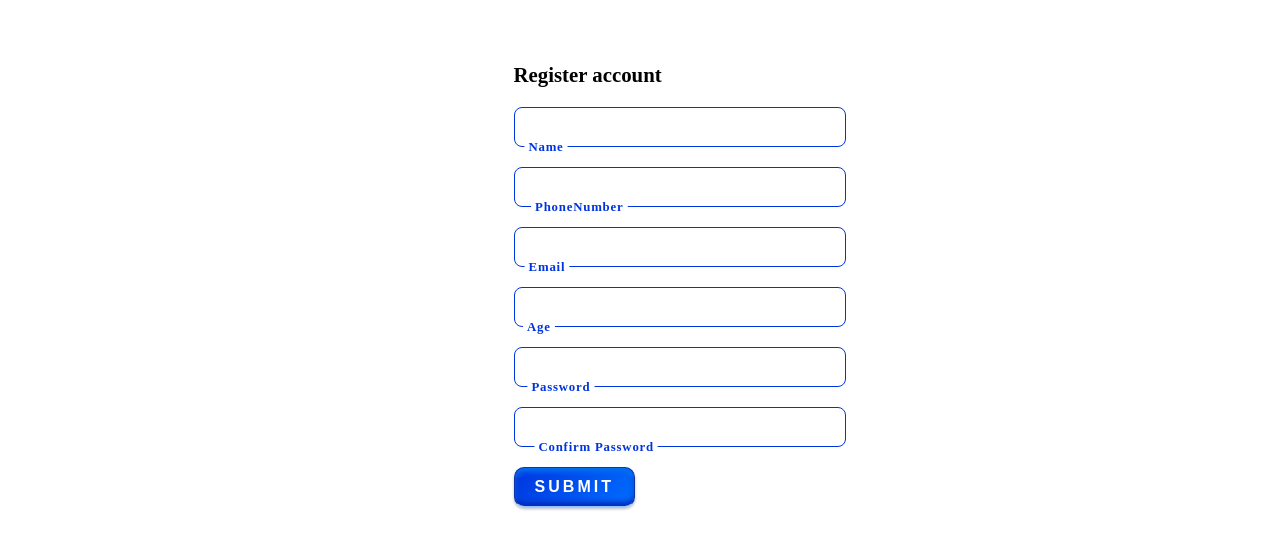
Repository: PeruriNaresh/Bank_Project
Page: http://localhost/bank_project/register.jsp
An editor plug-in stored every save of this project. The page is shown before and after the next save, followed by the edit.
The browser window is 1280 px wide. The pictures show the whole page.
The page is served by Tomcat 9.

Above is the page before, as saved 2024-10-24 13:27:28.

After the next save:
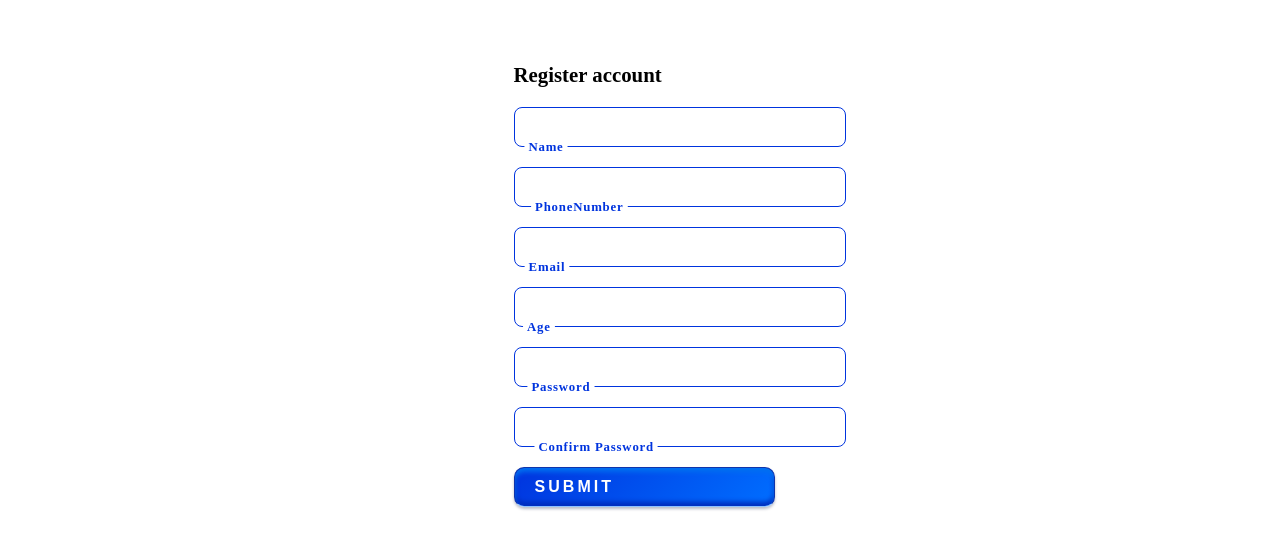
Saved 32 s later.
--- a/bank_project/src/main/webapp/register.jsp
+++ b/bank_project/src/main/webapp/register.jsp
@@ -140,7 +140,7 @@
     </div>
     <p style="display:none" id="msg">passwords doesnot match</p>
      <div class="btn-container">
-      <button class="btn" disabled>Submit</button>
+      <input class="btn" value="Submit" disabled>
     </div>
   </form>
 </div>

After the save that followed:
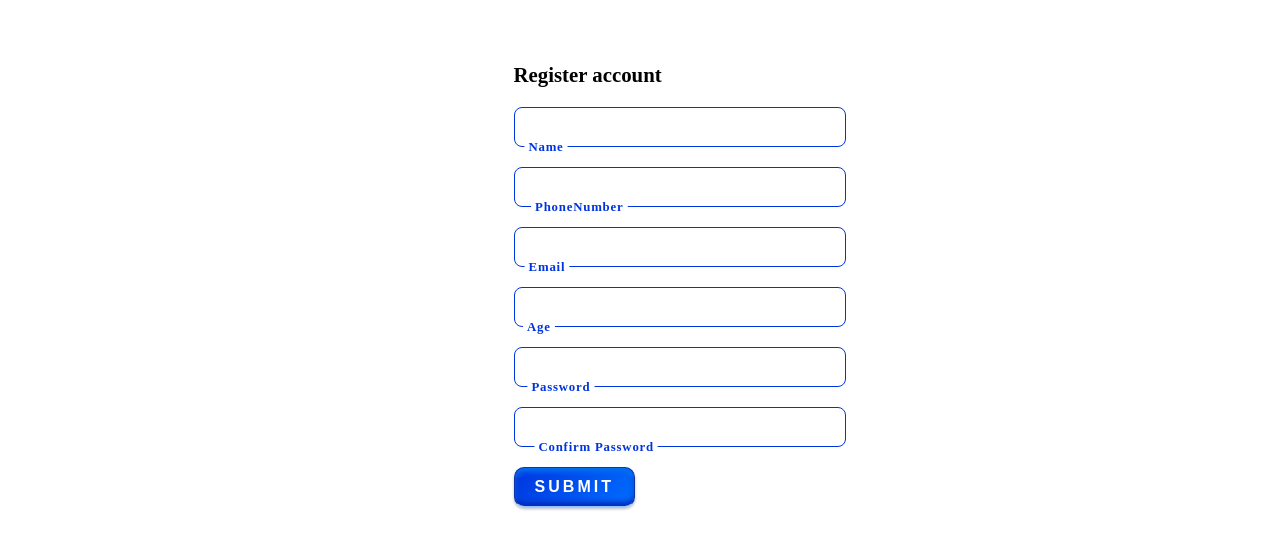
Saved 27 s later.
--- a/bank_project/src/main/webapp/register.jsp
+++ b/bank_project/src/main/webapp/register.jsp
@@ -140,17 +140,16 @@
     </div>
     <p style="display:none" id="msg">passwords doesnot match</p>
      <div class="btn-container">
-      <input class="btn" value="Submit" disabled>
+      <button class="btn" disabled>Submit</button>
     </div>
   </form>
 </div>
 <script>
 	var inputs=document.querySelectorAll("input");
 	var msg=document.getElementById("msg");
-	console.log(inputs);
 	var pass= inputs[4].value;
 	var confirm=inputs[5];
-	var submit=inputs[6];
+	var submit=document.querySelector("button");
 	confirm.addEventListener("change",()=>
 	{
 		if(pass!=confirm.value)
